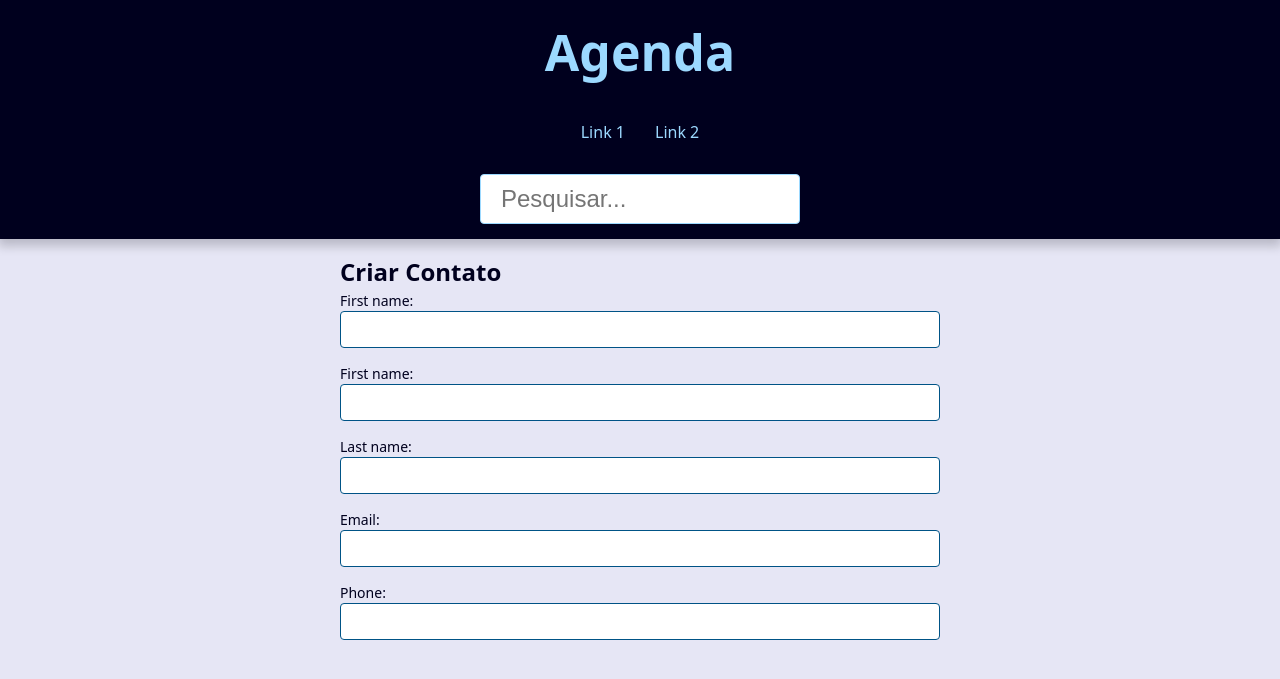
Repository: Anajuliabm248/Agenda
Page: http://localhost/contact/create/
An editor plug-in stored every save of this project. The page is shown before and after a run of saves, followed by the edit.
The browser window is 1280 px wide. The pictures show the whole page.
The page is served by the project's application, run on Django 5.2 (manage.py). Other server files are loaded and not shown.

Above is the page before, as saved 2026-05-03 15:56:38.

### contact/templates/contact/create.html
{% extends "global/base.html" %}

{% block content %}

<div class="form-wrapper">
    <h2>Criar Contato</h2>

    <!-- enctype serve para indicar que o formulário pode enviar arquivos, como imagens ou documentos. -->
    <form action="{% url 'contact:create' %}" method="POST" enctype="multipart/form-data">
        <!-- proteção contra ataques CSRF (Cross-Site Request Forgery) -->
        {% csrf_token %}
        <!-- cria os campos do formulário dinamicamente -->
         <div class="form-group">
                <label for="{{ form.first_name.id_for_label }}">{{ form.first_name.label }}:</label>
                {{ form.first_name }}
            </div>
             <div class="form-group
        {% for field in form %}
            <div class="form-group">
                <label for="{{ field.id_for_label }}">{{ field.label }}:</label>
                {{ field }}
            </div>
        {% endfor %}
    </form>
</div>

{% endblock content %}

### base_templates/global/base.html
{% load static %}
<!DOCTYPE html>
<html lang="pt_BR">
<head>
    <meta charset="UTF-8">
    <title>{% block title %}{{ title }}{% endblock title %}</title>
    <link rel="stylesheet" href="{% static 'global/css/styles.css' %}">
</head>
<body>

    {% include 'global/partials/_header.html' %}

    {% block content %}

    {% endblock content %}

</body>
</html>

### base_templates/global/partials/_header.html
<header class="header">
        <h1 class="header-heading">
            <a href="{% url 'contact:index' %}" class="header-link">Agenda</a>
        </h1>
        <nav class="menu">
            <ul class="menu-list">
                <li class="menu-item">
                    <a href="" class="menu-link">Link 1</a>
                </li>
                <li class="menu-item">
                    <a href="" class="menu-link">Link 2</a>
            </ul>
        </nav>

        <div class="search">
            <form action="{% url 'contact:search' %}" method="GET">
                <input type="text" name="q" id="search" class="search-input" placeholder="Pesquisar..." value="{{ search_value }}">
            </form>
        </div>
    </header>

### contact/views/contact_forms.py

from django.shortcuts import redirect, render, get_object_or_404
from contact.models import Contact
from django.db.models import Q
from django.core.paginator import Paginator
from django import forms #classe para criar formulários personalizados
# Create your views here.

# Formulário para criar um contato
class ContactForm(forms.ModelForm):
    #a classe Meta é usada para configurar o formulário, indicando qual modelo ele representa e quais campos devem ser incluídos no formulário.
    class Meta:
        model = Contact
        fields = (
        'first_name',
        'last_name',
        'email',
        'phone',
        )

def create(request):
    context= {
        'form': ContactForm()
    }

    return render(
        request,
        'contact/create.html',
        context
    )

### Agenda/urls.py
"""
URL configuration for Agenda project.

The `urlpatterns` list routes URLs to views. For more information please see:
    https://docs.djangoproject.com/en/6.0/topics/http/urls/
Examples:
Function views
    1. Add an import:  from my_app import views
    2. Add a URL to urlpatterns:  path('', views.home, name='home')
Class-based views
    1. Add an import:  from other_app.views import Home
    2. Add a URL to urlpatterns:  path('', Home.as_view(), name='home')
Including another URLconf
    1. Import the include() function: from django.urls import include, path
    2. Add a URL to urlpatterns:  path('blog/', include('blog.urls'))
"""
from django.contrib import admin
from django.urls import path, include
from django.conf.urls.static import static
from django.conf import settings


urlpatterns = [
    path('admin/', admin.site.urls),
    path('', include('contact.urls'))
]

urlpatterns += static(settings.MEDIA_URL, document_root=settings.MEDIA_ROOT)
urlpatterns += static(settings.STATIC_URL, document_root=settings.STATIC_ROOT)

### contact/urls.py
from django.urls import path
from contact import views

app_name = 'contact'

urlpatterns = [
    path('', views.index, name='index'),
    path('search/', views.search, name='search'),
    #crud de contatos
    path('contact/<int:contact_id>/detail/', views.contact, name='contact'),
    path('contact/create/', views.create, name='create'),
]

### base_static/global/css/styles.css
:root {
  --spacing: 1.5rem;
  --link-dark-color: rgb(0, 83, 134);
  --link-light-color: rgb(156, 217, 255);
  --clr-white: rgb(245, 245, 255);
  --clr-black: rgb(0, 0, 30);
  --clr-light-gray: rgb(230, 230, 245);
  --clr-dark-shadow-5: rgba(0, 0, 10, 5%);
  --clr-dark-shadow-10: rgba(0, 0, 10, 10%);
  --clr-dark-shadow-20: rgba(0, 0, 10, 20%);
  --clr-light-shadow-5: rgba(200, 200, 255, 5%);
  --clr-light-shadow-10: rgba(200, 200, 255, 10%);
  --clr-light-shadow-20: rgba(200, 200, 255, 20%);
  --main-page-width: 120rem;
  --table-min-width: 60rem;
  --biggest-font-size: 5rem;
  --bigger-font-size: 4rem;
  --big-font-size: 3.2rem;
  --medium-font-size: 2.4rem;
  --small-font-size: 1.6rem;
  --smaller-font-size: 1.4rem;
  --smallest-font-size: 1.2rem;
  --transition-fast: 300ms;
  --transition-medium: 600ms;
  --transition-slow: 1s;
  --default-border-radius: 4px;
}

*,
*::before,
*::after {
  margin: 0;
  padding: 0;
  box-sizing: border-box;
}

html {
  font-size: 62.5%;
}

body {
  font-family: system-ui, -apple-system, BlinkMacSystemFont, 'Segoe UI', Roboto,
    Oxygen, Ubuntu, Cantarell, 'Open Sans', 'Helvetica Neue', sans-serif;
  line-height: 1.5;
  font-size: var(--small-font-size);
  color: var(--clr-black);
  -webkit-font-smoothing: antialiased;
  background: var(--clr-light-gray);
}

img,
svg {
  display: block;
  max-width: 100%;
}

.header {
  background: var(--clr-black);
  padding: var(--spacing);
  box-shadow: 0 5px 10px 2px var(--clr-dark-shadow-20);
  z-index: 1;
  position: relative;
}

.header-heading {
  font-size: var(--biggest-font-size);
  text-align: center;
}

.header-link {
  color: var(--link-light-color);
  text-decoration: none;
  transition: filter var(--transition-fast) ease-in-out;
}

.header-link:hover {
  filter: brightness(70%);
}

.menu {
  margin: var(--spacing);
}

.menu-list {
  list-style: none;
  display: flex;
  justify-content: center;
  flex-flow: row wrap;
}

.menu-link {
  display: block;
  padding: var(--spacing);
  color: var(--link-light-color);
  text-decoration: none;
  transition: background-color var(--transition-fast) ease-in-out;
  border-radius: var(--default-border-radius);
}

.menu-link:hover {
  background: var(--clr-light-shadow-10);
}

.content {
  max-width: var(--main-page-width);
  margin: calc(var(--spacing) * 2) auto;
  padding: var(--spacing);
  background: var(--clr-white);
  box-shadow: 2px 2px 5px var(--clr-dark-shadow-20);
  border-radius: var(--default-border-radius);
}

.responsive-table {
  width: 100%;
  overflow-x: auto;
}

.contacts-table {
  width: 100%;
  min-width: var(--table-min-width);
  border-collapse: collapse;
}

.table-caption {
  font-size: var(--medium-font-size);
  font-weight: bold;
  padding: var(--spacing);
}

.table-row {
  text-align: left;
  text-overflow: ellipsis;
  transition: background-color var(--transition-fast) ease-in-out;
}

.table-row:nth-of-type(2n) {
  background: var(--clr-dark-shadow-5);
}

.table-row:not(.table-row-header):hover {
  background: var(--clr-dark-shadow-10);
}

.table-row-header {
  background: var(--clr-light-gray);
  color: var(--clr-black);
}

.table-cel,
.table-header {
  padding: var(--spacing);
}

.table-link {
  color: var(--link-dark-color);
  transition: color var(--transition-fast) ease-in-out;
  text-decoration: none;
}

.table-link:hover {
  color: var(--clr-black);
}

@media (min-width: 600px) {
  .single-contact {
    max-width: 80%;
    margin: calc(var(--spacing) * 2) auto;
  }
}

.single-contact h1 {
  margin: 1rem 0;
}

.single-contact p {
  margin: 1rem 0;
}

.pagination {
  margin-top: var(--spacing);
  display: flex;
  justify-content: center;
  padding: calc(var(--spacing) * 0.8);
  font-size: var(--small-font-size);
}

.pagination .step-links {
  display: flex;
  gap: calc(var(--spacing) * 0.8);
}

.pagination .step-links a {
  color: var(--link-dark-color);
  transition: color var(--transition-fast) ease-in-out;
  text-decoration: none;
  display: block;
}

.search {
  display: flex;
  justify-content: center;
}

.search-input {
  font-size: var(--medium-font-size);
  padding: 1rem 2rem;
  width: 100%;
  max-width: 32rem;
  border-radius: var(--default-border-radius);
  border: 1px solid var(--link-light-color);
}

.search-input:focus {
  box-shadow: 0 0 15px var(--link-light-color);
}

.message {
  max-width: 600px;
  margin: var(--spacing) auto;
  margin-top: calc(var(--spacing) * 2);
  padding: var(--spacing);
  text-align: center;
  border-radius: var(--default-border-radius);
  font-size: var(--smaller-font-size);
}

.message.success {
  background: rgba(0, 255, 0, 0.3);
  border: 1px solid rgba(0, 255, 0, 90%);
}

.message.error {
  background: rgba(255, 0, 0, 0.3);
  border: 1px solid rgba(255, 0, 0, 90%);
}

.message.warning {
  background: rgba(255, 255, 0, 0.3);
  border: 1px solid rgba(255, 255, 0, 90%);
}

.form-wrapper {
  max-width: 60rem;
  margin: var(--spacing) auto;
}

.form-content {
  margin: var(--spacing) 0;
}

.form-group {
  display: flex;
  flex-direction: column;
  padding-bottom: var(--spacing);
}
.errorlist {
  list-style: none;
  font-size: var(--smaller-font-size);
  color: tomato;
}
.errorlist.nonfield {
  color: inherit;
}

.form-group p {
  margin: 1em 0;
}

.form-group .help-text,
.form-group .help-text ~ ul {
  margin: 0;
  font-size: var(--smallest-font-size);
  list-style: none;
}

.form-group input,
.form-group textarea,
.form-group select {
  padding: 1rem;
  border-radius: var(--default-border-radius);
  border: 1px solid var(--link-dark-color);
}

.form-group input:focus,
.form-group textarea:focus,
.form-group select:focus {
  outline: none;
  box-shadow: 0 0 5px var(--link-dark-color);
}

.form-group label {
  font-size: var(--smaller-font-size);
}

.btn {
  background-color: var(--link-dark-color);
  color: var(--clr-white);
  font-weight: bold;
  border: none;
  padding: 1rem 2rem;
  border-radius: var(--default-border-radius);
  cursor: pointer;
  transition: filter var(--transition-fast) ease-in-out;
}

.btn:hover {
  filter: brightness(90%);
}

.btn:focus,
.btn:active {
  filter: brightness(80%);
  box-shadow: 0 0 5px var(--link-dark-color);
}

Loaded but not shown: contact/models.py (common file)

After the next 2 saves:
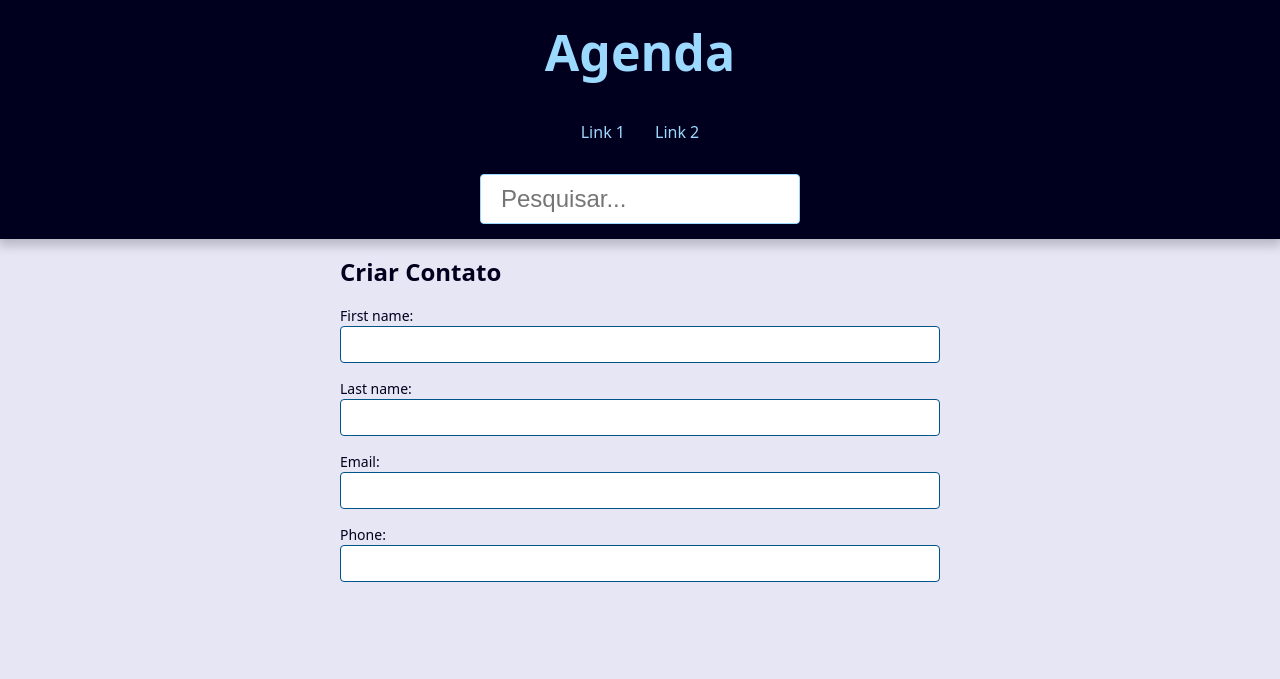
The 2 saves are shown as one change because they came seconds apart.
The last was saved 6 s later.
--- a/contact/templates/contact/create.html
+++ b/contact/templates/contact/create.html
@@ -10,11 +10,7 @@
         <!-- proteção contra ataques CSRF (Cross-Site Request Forgery) -->
         {% csrf_token %}
         <!-- cria os campos do formulário dinamicamente -->
-         <div class="form-group">
-                <label for="{{ form.first_name.id_for_label }}">{{ form.first_name.label }}:</label>
-                {{ form.first_name }}
-            </div>
-             <div class="form-group
+         <div class="form-content">
         {% for field in form %}
             <div class="form-group">
                 <label for="{{ field.id_for_label }}">{{ field.label }}:</label>
